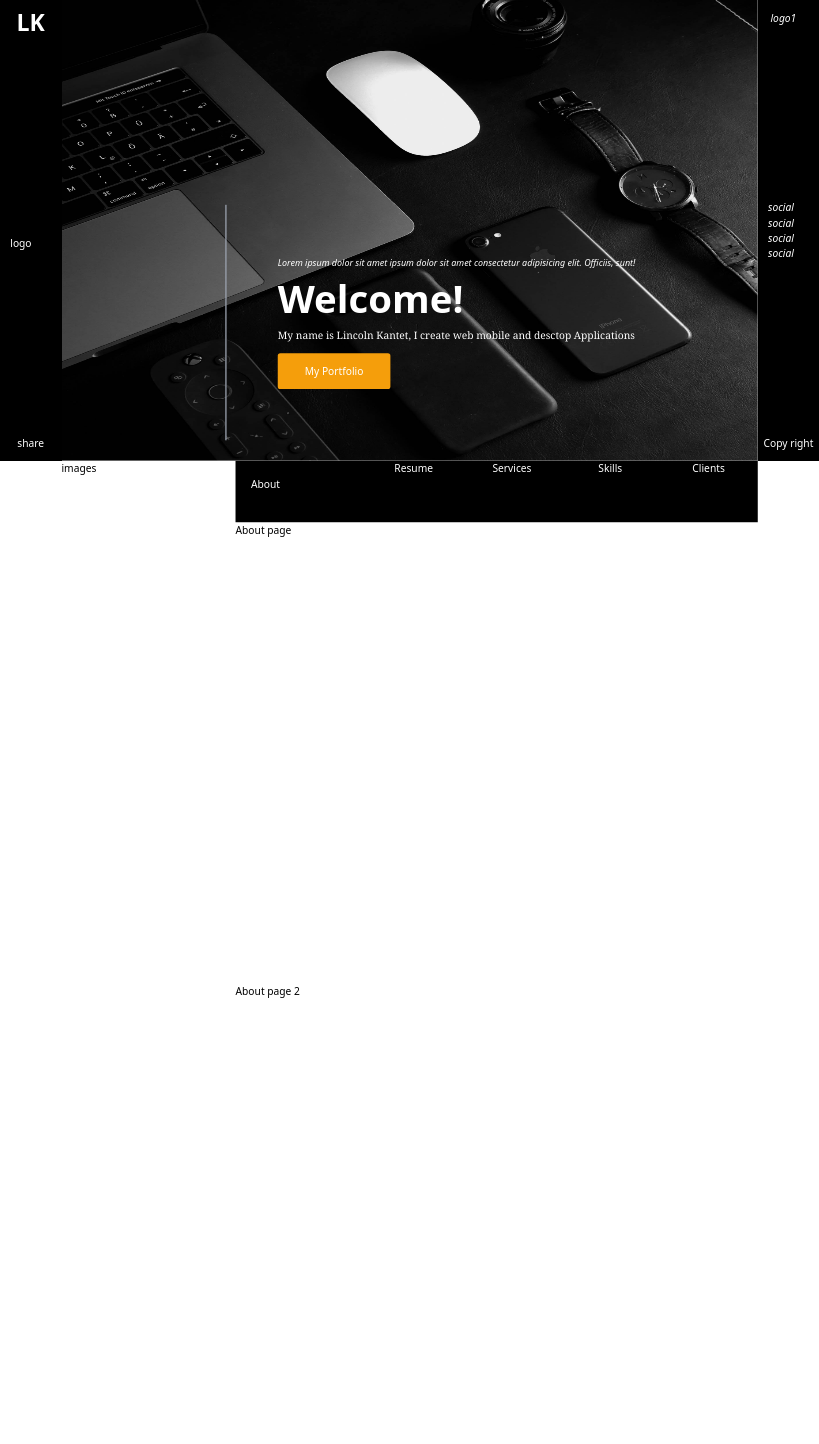
Repository: linco6054/template-tailwindcss
Page: index.html
These files come from the project's save history. The page is drawn as it stood at one moment and after a run of saves; the edit follows.
The browser window is 1280 px wide. The pictures show the whole page, at 64% of full size.

Above is the page before, as saved 2021-08-17 17:55:17.

### index.html
<!DOCTYPE html>
<html lang="en">

  <head>
    <meta charset="UTF-8" />
    <meta http-equiv="X-UA-Compatible" content="IE=edge" />
    <meta name="viewport" content="width=device-width, initial-scale=1.0" />
    <link href="https://unpkg.com/tailwindcss@^2/dist/tailwind.min.css" rel="stylesheet" />
    <link rel="stylesheet" href="style.css">
    <title>Lincoln Kantet</title>
  </head>

  <body class="font-sans text-white  max-w-full h-auto flex flex-col lg:flex-row">
    <!-- nav -->
    <nav class="
        fixed
        top-0
        lg:left-0
        overflow-hidden
        bg-black
        h-20
        flex
        justify-between
        lg:flex-col
        items-center
        w-full
        lg:w-24 lg:h-screen
        z-50
      ">
      <span>
        <h1 class="mx-4 lg:mt-4 text-4xl font-bold">LK</h1>
      </span>
      <div class="mx-4 cursor-pointer">
        <i class="opacity-0 hover:opacity-100">menu</i>
        <span>logo</span>
      </div>

      <span class="mx-4 lg:mb-4">share</span>
    </nav>
    <!-- pages -->
    <section class="
        px-0
        lg:px-24
        overflow-hidden
        flex-col
        md:w-full
        lg:w-full
        h-auto
        text-black
        pt-20
        md:pt-0

      ">
      <div class="h-screen w-full relative overflow-hidden">
        <img class="absolute  z-0 h-full w-full" src="/images/bg.jpg" alt="">

        <div
          class="md:border-l-2 md:pl-20 md:py-20 md:border-gray-400 px-10 lg:ml-64 absolute text-white top-64 md:top-80 w-full z-20 flex flex-col  items-left  ">
          <i class="w-full text-sm mb-4 ">Lorem ipsum dolor sit amet ipsum dolor sit amet consectetur adipisicing elit.
            Officiis, sunt!</i>
          <h1 class="font-extrabold text-6xl mb-4">Welcome!</h1>
          <p class="font-serif mb-4">My name is Lincoln Kantet, I create web mobile and desctop Applications</p>
          <button class="bg-yellow-500 px-4 py-2 md:px-10 md:py-4 rounded w-44 hover:bg-yellow-700 ">My
            Portfolio</button>
        </div>
      </div>
      </div>
      <!-- other screen mother container -->
      <div class="h-auto relative flex ">
        <div class="w-1/3 hidden md:block">images</div>
        <div class="w-full">
          <nav class="text-white sticky top-24 h-24 bg-black w-full flex ">
              <a class="flex-1 h-24  p-6" href="about"> <span>About</span> </a>
              <a class="flex-1 h-24 text-center" href="about">Resume</a>
              <a class="flex-1 h-24 text-center" href="about">Services</a>
              <a class="flex-1 h-24 text-center" href="about">Skills</a>
              <a class="flex-1 h-24 text-center" href="about">Clients</a>
          </nav>
          <main>
            <div class="h-screen">About page</div>
            <div class="h-screen">About page 2</div>
          </main>
        </div>

      </div>
      <!-- end of other screen mother container -->
    </section>
    <!-- footer -->
    <footer class="
        lg:fixed lg:right-0
        overflow-hidden
        w-full
        lg:w-24
        bg-black
        h-20
        flex
        lg:h-screen
        flex-row-reverse
        justify-between
        items-center
        lg:flex-col
      ">
      <span class="mr-4 lg:mt-4">
        <i>logo1</i>
      </span>
      <span class="ml-4">
        <i>social</i>
        <i>social</i>
        <i>social</i>
        <i>social</i>
      </span>
      <span class="hidden lg:block lg:mb-4 ">
        <p class="md:rotate-90">Copy right</p>
      </span>
    </footer>
  </body>

</html>

Loaded but not shown: style.css (no stored copy; drawn as an empty file)

After the next 4 saves:
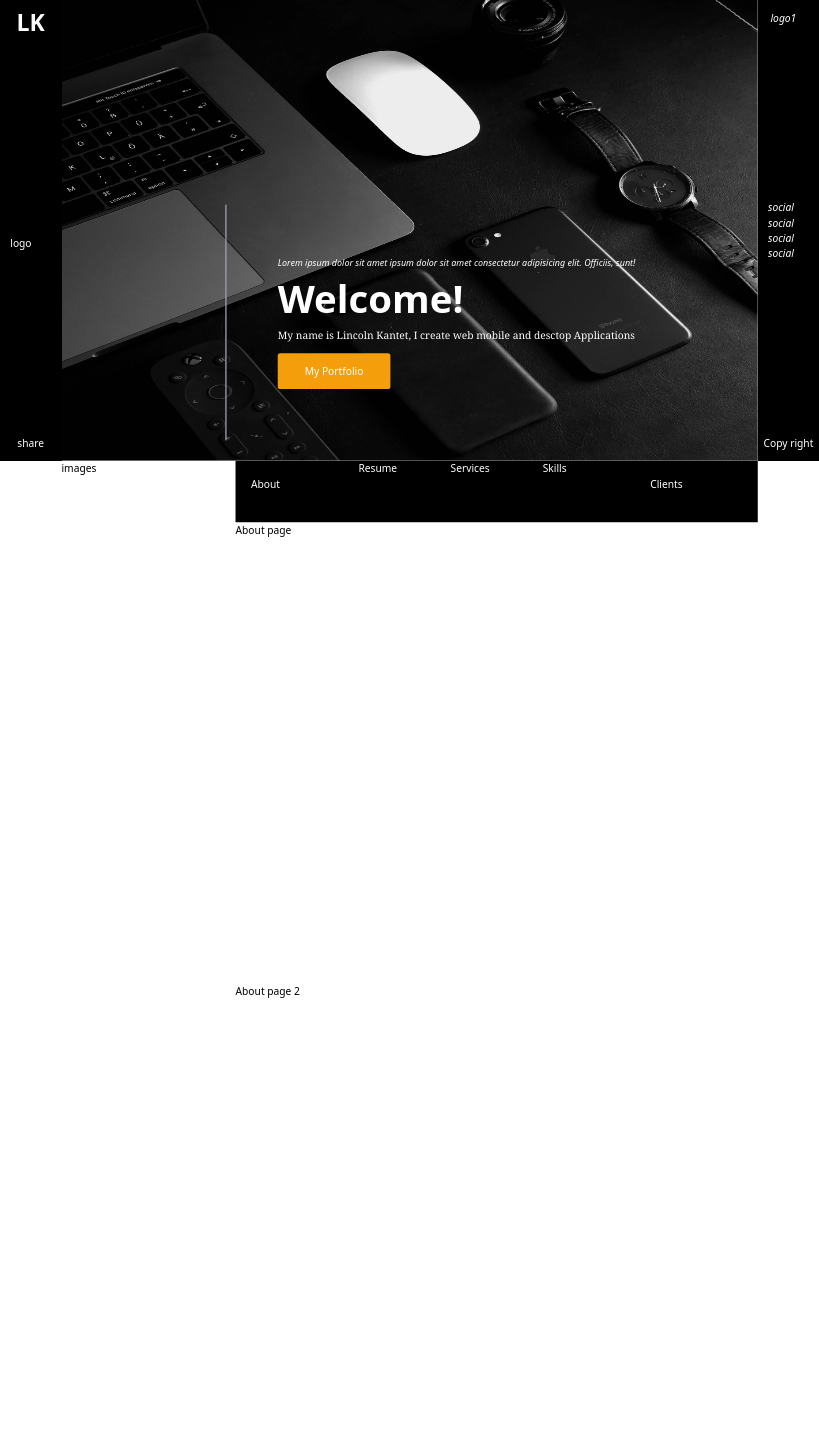
The 4 saves are shown as one change because they came seconds apart.
The last was saved 22 s later.
--- a/index.html
+++ b/index.html
@@ -71,10 +71,10 @@
         <div class="w-full">
           <nav class="text-white sticky top-24 h-24 bg-black w-full flex ">
               <a class="flex-1 h-24  p-6" href="about"> <span>About</span> </a>
-              <a class="flex-1 h-24 text-center" href="about">Resume</a>
-              <a class="flex-1 h-24 text-center" href="about">Services</a>
-              <a class="flex-1 h-24 text-center" href="about">Skills</a>
-              <a class="flex-1 h-24 text-center" href="about">Clients</a>
+              <a class="flex-1 h-24 " href="about">Resume</a>
+              <a class="flex-1 h-24 " href="about">Services</a>
+              <a class="flex-1 h-24 " href="about">Skills</a>
+              <a class="flex-1 h-24 p-6" href="about">Clients</a>
           </nav>
           <main>
             <div class="h-screen">About page</div>
